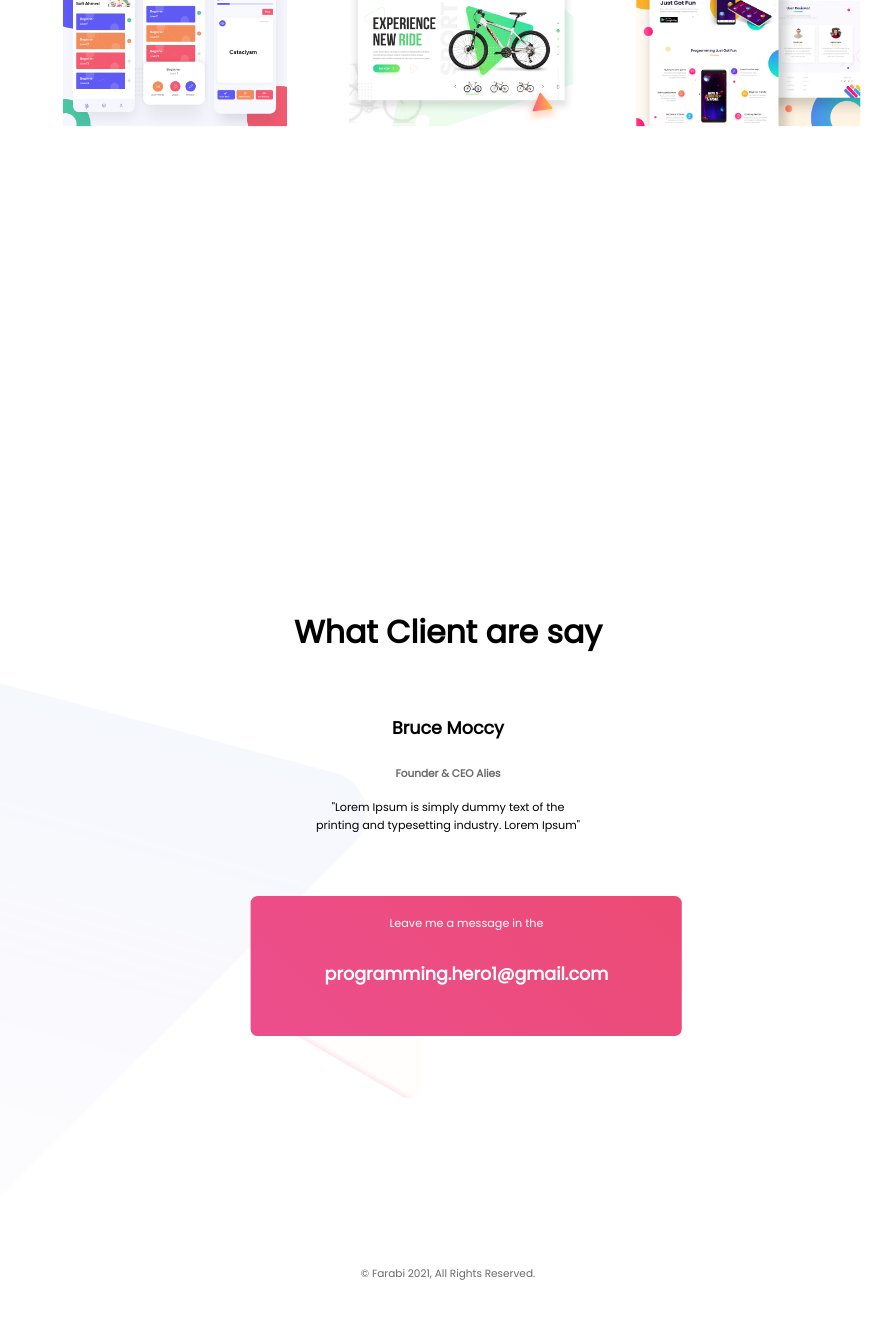
Repository: mohsinfarabi/personal-website
Page: index.html
An editor plug-in stored every save of this project. The page is shown before and after the next save, followed by the edit.
The browser window is 1280 px wide. The pictures show the part of the page from y = 2483 to 4403 px (the page is 4403 px tall before and 4275 px after), at 70% of full size.

Above is the page before, as saved 2020-07-01 17:32:44.

### index.html
<!DOCTYPE html>
<html lang="en">

<head>
    <meta charset="UTF-8">
    <meta name="viewport" content="width=device-width, initial-scale=1.0">
    <link href="https://fonts.googleapis.com/css2?family=Poppins" rel="stylesheet">
    <link rel="stylesheet" href="style.css">
    <title>Farabi - Web Developer</title>
</head>

<body>
    <section class="header-banner">
        <div class="half-width half-width-content">
            <h3>Hello I'm</h3>
            <h2>Mohsin Farabi</h2>
            <p>You might saw me jumping, climbing buildings, and stopping trains. But nobody pays me a dime for that work. That's why I am learning and mastering web development. I will not stop until I become the Web Development Hero.</p>
            <a class="link-button" target="_blank" href="https://www.linkedin.com/in/mohsin-farabi-68655040/">HIRE ME</a>
        </div>

        <div class="img-width">
            <img src="images/peter.png" alt="">
        </div>
    </section>
    <section class="biography">
        <div class="half-width">
            <img src="images/peter_dream.png" alt="">
        </div>
        <div class="half-width half-width-content">
            <h3>Biography</h3>
            <p>Lorem ipsum dolor sit amet, consectetur adipiscing elit. Integer vulputate rutrum lacus vitae eleifend. Morbi tempus tincidunt sagittis. Cras ac venenatis augue, a ornare augue. Vivamus tristique lobortis quam, in auctor urna convallis sit
                amet. Vivamus eros mi, eleifend quis consequat ac, porttitor quis ligula. Proin aliquet aliquam nunc, eu egestas felis.</p>
            <a class="link-button" target="_blank" href="https://www.facebook.com/farabi.mohsin">Download CV</a>

        </div>
    </section>
    <section class="latest-work">
        <h3>My Latest Work</h3>
        <div class="showcase-width">
            <img src="images/latest-work/work-1.png" alt="">
        </div>
        <div class="showcase-width">
            <img src="images/latest-work/work-2.jpg" alt="">
        </div>
        <div class="showcase-width">
            <img src="images/latest-work/work-3.jpg" alt="">
        </div>

    </section>
    <section class="bottom-panel">
        <h3>What Client are say</h3>
        <h4>Bruce Moccy</h4>
        <h5>Founder & CEO Alies</h5>
        <p>"Lorem Ipsum is simply dummy text of the <br> printing and typesetting industry. Lorem Ipsum"</p>
        <div class="message-panel">
            <p>Leave me a message in the</p>
            <h5>programming.hero1@gmail.com</h5>
        </div>
    </section>
    <footer>
        <p>© Farabi 2021, All Rights Reserved.</p>
    </footer>



</body>

</html>

### style.css
body {
    margin: 0;
    font-family: 'Poppins', sans-serif;
}

h2 {
    font-size: 50px;
    color: #ec4b74;
    font-weight: 700;
}

h3 {
    font-size: 30px;
}

p {
    color: dimgray;
    margin-bottom: 7%;
}

.half-width {
    width: 30%;
    float: left;
    margin-left: 5%;
    padding: 5%;
}

.half-width-content {
    padding-top: 15%;
    margin-left: 10%;
}

.half-width img {
    width: 100%;
    height: 100%;
    padding-left: 20%;
}

.img-width {
    width: 35%;
    float: left;
    margin-left: 2%;
    margin-top: 10%;
    padding-left: 0;
}

.img-width img {
    width: 100%;
    height: 100%;
}

.showcase-width {
    width: 25%;
    float: left;
    margin-left: 2%;
    padding-left: 5%;
    padding-top: 7%;
}

.showcase-width img {
    width: 100%;
    height: 100%;
}

.latest-work h3 {
    text-align: center;
    padding-top: 10%;
}

.bottom-panel h3 {
    text-align: center;
    padding-top: 10%;
    font-size: 45px;
}

.bottom-panel h4 {
    text-align: center;
    padding-top: 3%;
    font-size: 25px;
}

.bottom-panel h5 {
    text-align: center;
    color: dimgray;
    font-size: 15px;
}

.bottom-panel p {
    text-align: center;
    color: black;
}

section {
    height: 900px;
    padding-bottom: 150px;
}

.link-button {
    text-decoration: none;
    background-image: linear-gradient(45deg, #ec4e8d, #ec4b74);
    padding: 10px 20px;
    border-radius: 5px;
    color: white;
    font-weight: 400;
}

.header-banner {
    background-image: url("images/header-bg.png");
    background-repeat: no-repeat;
}

.biography {
    background-image: url("images/biography-bg.png");
    background-repeat: no-repeat;
}

.latest-work {
    background-image: url("images/latest-work-bg.png");
    background-repeat: no-repeat;
}

.bottom-panel {
    background-image: url("images/footer-bg.png");
    background-repeat: no-repeat;
}

.message-panel {
    margin-left: 28%;
    width: 45%;
    height: 20%;
    background-image: linear-gradient(45deg, #ec4e8d, #ec4b74);
    padding: 10px 20px;
    border-radius: 10px;
    text-align: center;
}

.message-panel p {
    color: white;
}

.message-panel h5 {
    color: white;
    font-size: 25px;
    padding-bottom: 10%;
}

footer p {
    text-align: center;
    font-size: 15px;
}

After the next save:
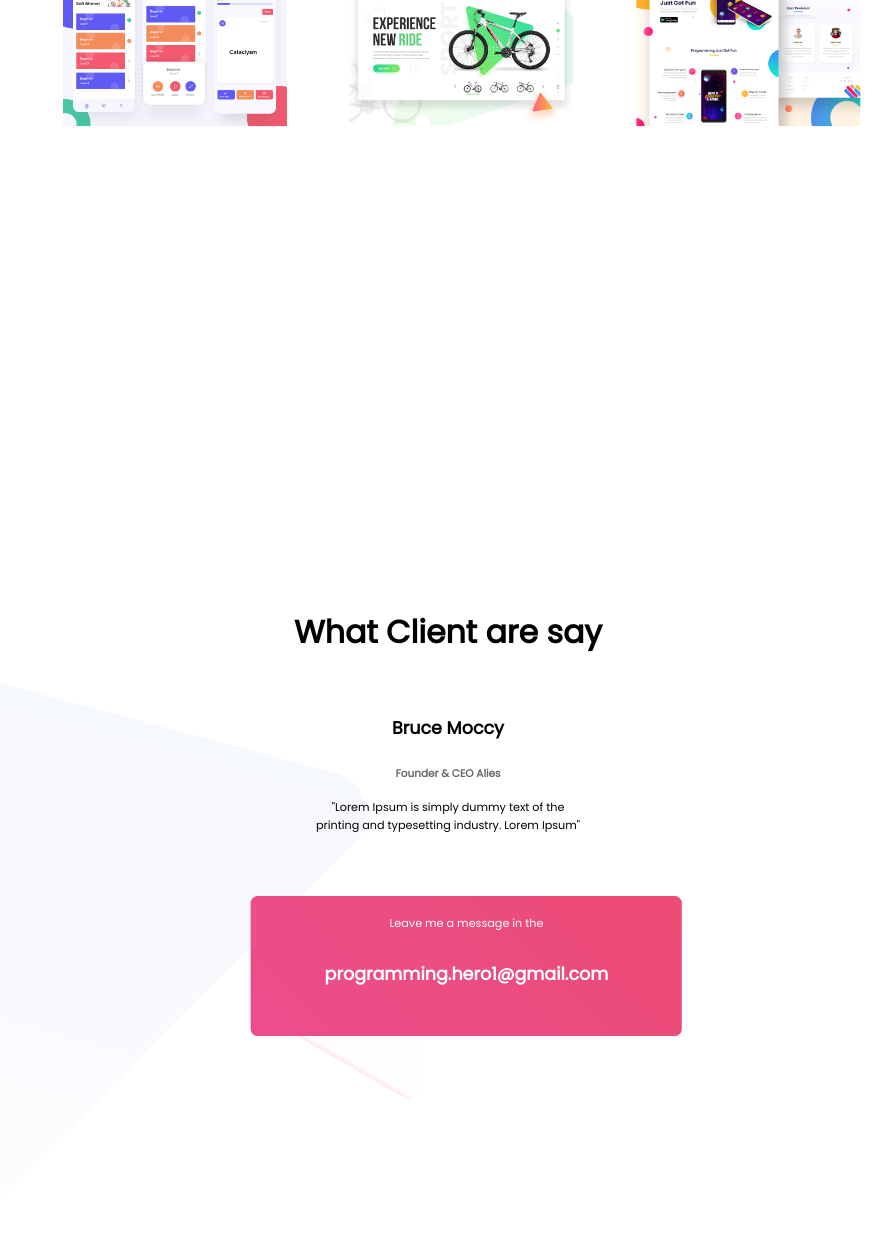
Saved 3 min 27 s later.
--- a/style.css
+++ b/style.css
@@ -146,5 +146,6 @@
 
 footer p {
     text-align: center;
+    position: fixed;
     font-size: 15px;
 }

After the save that followed:
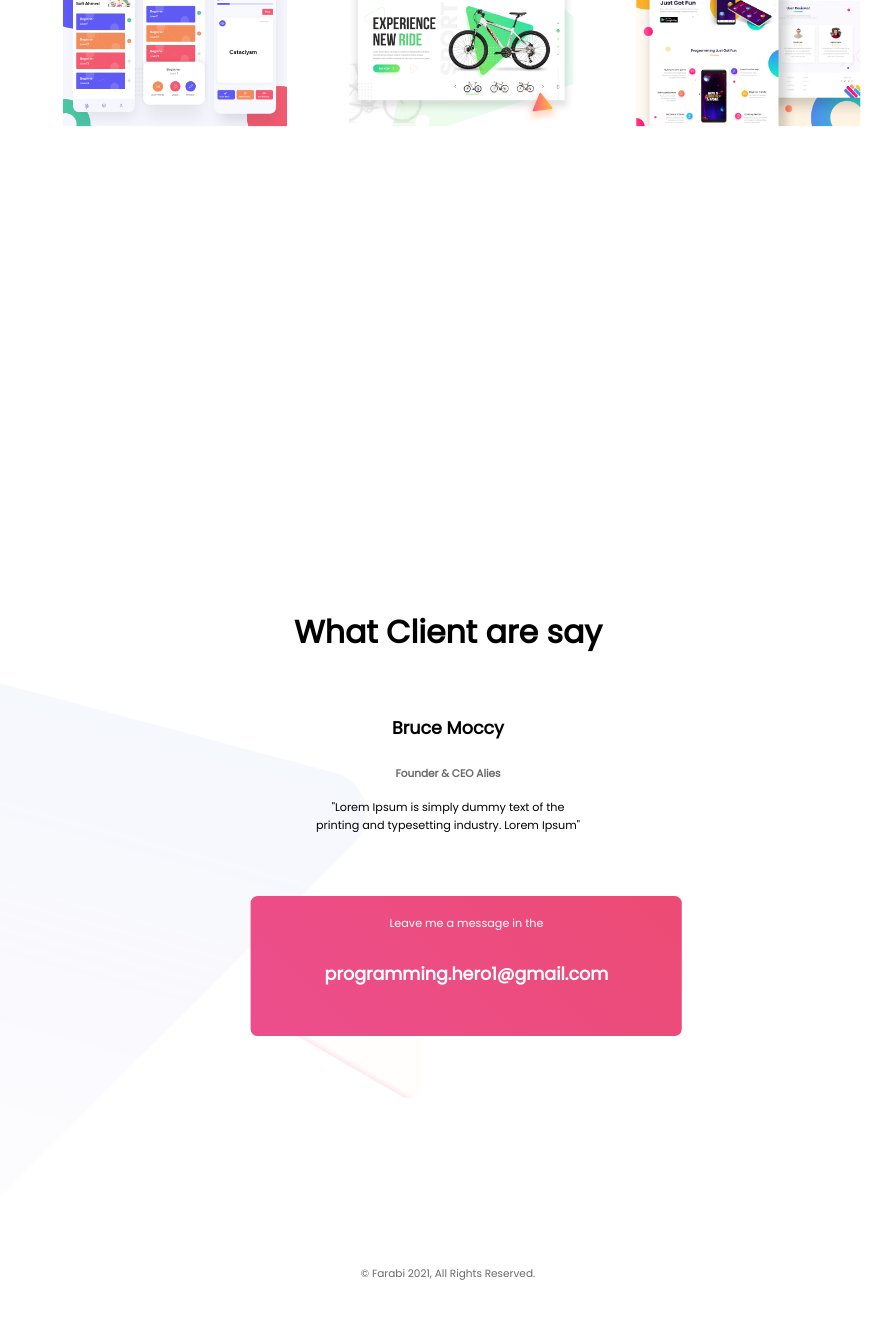
Saved 33 s later.
--- a/style.css
+++ b/style.css
@@ -146,6 +146,6 @@
 
 footer p {
     text-align: center;
-    position: fixed;
+    position: relative;
     font-size: 15px;
 }
